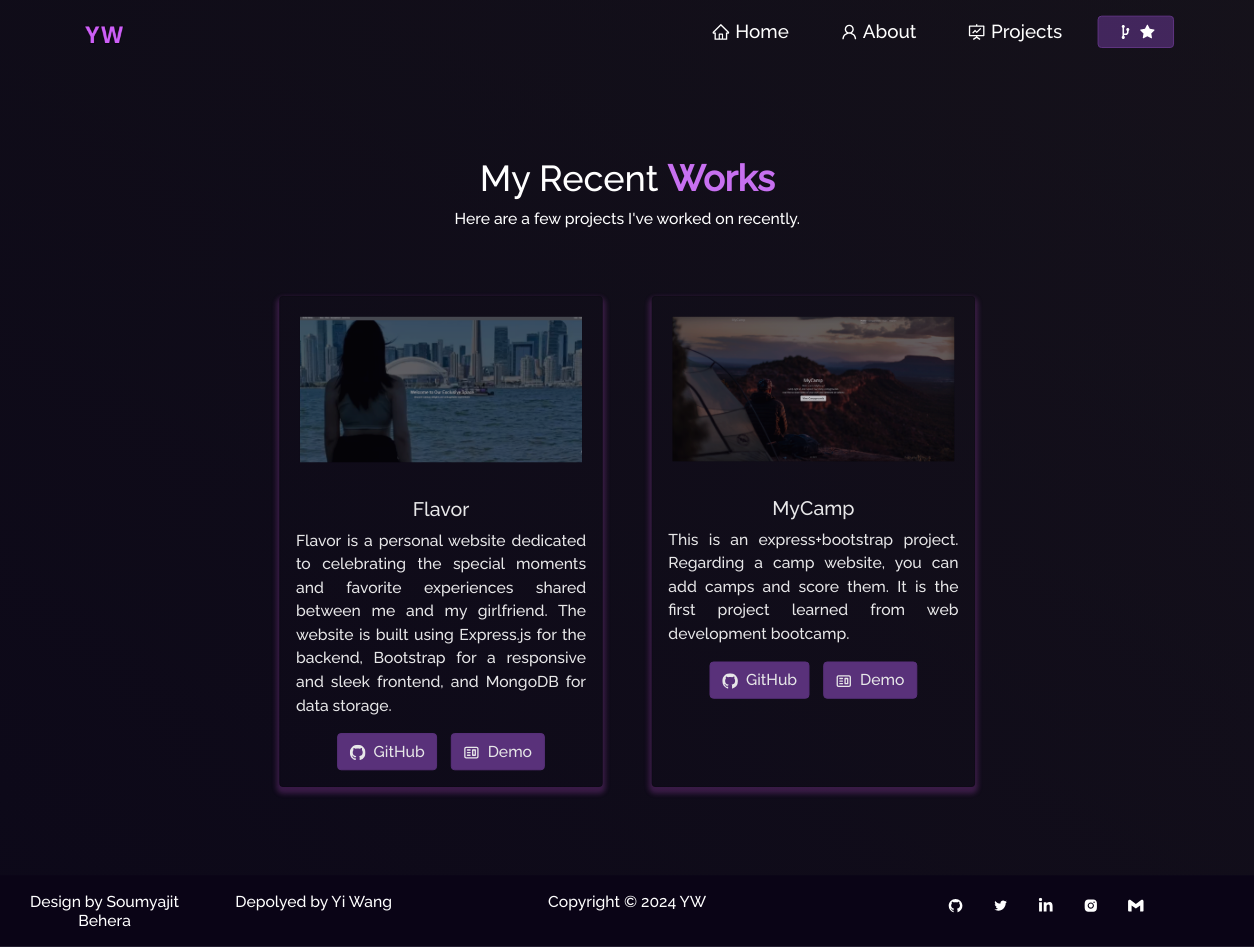
Repository: YiWang24/Portfolio
Page: /project
An editor plug-in stored every save of this project. The page is shown before and after a run of saves, followed by the edit.
The browser window is 1280 px wide. The pictures show the whole page, at 98% of full size.
The project was rebuilt for these pictures with package versions that can differ from the ones it lists, and the page was loaded fresh each time. Also part of the build but not shown: src/components/Home/Home2.js, src/components/Home/Type.js, src/components/Home/Home.js, src/components/About/Github.js, src/components/About/Techstack.js, src/components/About/AboutCard.js, src/components/About/Toolstack.js, src/components/About/About.js and 1 more. Imported but missing from the stored project, and not drawn on this page: src/Assets/Soumyajit_Behera-BIT_MESRA.pdf.

Above is the page before, as saved 2024-09-19 22:25:17.

### public/index.html
<!DOCTYPE html>
<html lang="en">

<head>
  <meta charset="utf-8" />
  <link rel="icon" href="%PUBLIC_URL%/favicon.png" />
  <meta name="viewport" content="width=device-width, initial-scale=1" />
  <meta name="theme-color" content="#000000" />
  <meta name="description" content="Web site created using create-react-app" />
  <link rel="manifest" href="%PUBLIC_URL%/manifest.json" />
  <title>Yi Wang | Portfolio</title>
  <meta name="description" content="Self Developed personal website build with React.js">

  <!-- Google / Search Engine Tags -->
  <meta itemprop="name" content="Yi Wang | Portfolio">
  <meta itemprop="description" content="Self Developed personal website build with React.js">
  <meta itemprop="image"
    content="https://raw.githubusercontent.com/soumyajit4419/Portfolio/master/Images/readme-img.png?token=AK7VCIF5RYEUZZAURELPTAC76U6AK">

  <!-- Facebook Meta Tags -->
  <meta property="og:url" content="https://soumyajit.vercel.app">
  <meta property="og:type" content="website">
  <meta property="og:title" content="Yi Wang | Portfolio">
  <meta property="og:description" content="Self Developed personal website build with React.js">
  <meta property="og:image"
    content="https://raw.githubusercontent.com/soumyajit4419/Portfolio/master/Images/readme-img.png?token=AK7VCIF5RYEUZZAURELPTAC76U6AK">

  <!-- Twitter Meta Tags -->
  <meta name="twitter:card" content="summary_large_image">
  <meta name="twitter:title" content="Yi Wang | Portfolio">
  <meta name="twitter:description" content="Self Developed personal website build with React.js">
  <meta name="twitter:image"
    content="https://raw.githubusercontent.com/soumyajit4419/Portfolio/master/Images/readme-img.png?token=AK7VCIF5RYEUZZAURELPTAC76U6AK">
</head>

<body>
  <noscript>You need to enable JavaScript to run this app.</noscript>
  <div id="root"></div>
</body>

</html>

### src/components/Projects/Projects.js
import React from "react";
import { Container, Row, Col } from "react-bootstrap";
import ProjectCard from "./ProjectCards";
import Particle from "../Particle";
import flavor from "../../Assets/Projects/flavor.png";
import camp from "../../Assets/Projects/camp.png";

function Projects() {
  return (
    <Container fluid className="project-section " style={{minHeight: "100vh"}}>
      <Particle />
      <Container>
        <h1 className="project-heading">
          My Recent <strong className="purple">Works </strong>
        </h1>
        <p style={{ color: "white" }}>
          Here are a few projects I've worked on recently.
        </p>
        <Row style={{ justifyContent: "center", paddingBottom: "10px" }}>
          <Col md={4} className="project-card">
            <ProjectCard
              imgPath={flavor}
              isBlog={false}
              title="Flavor"
              description="Flavor is a personal website dedicated to celebrating the special moments and favorite experiences shared between me and my girlfriend. The website is built using Express.js for the backend, Bootstrap for a responsive and sleek frontend, and MongoDB for data storage. "
              ghLink="https://github.com/YiWang24/Flavor"
              demoLink="https://app1.yiwang.run/"
            />
          </Col>
          <Col md={4} className="project-card">
            <ProjectCard
              imgPath={camp}
              isBlog={false}
              title="MyCamp"
              description="This is an express+bootstrap project. Regarding a camp website, you can add camps and score them. It is the first project learned from web development bootcamp."
              ghLink="https://github.com/YiWang24/WyCamp"
              demoLink="https://app2.yiwang.run/"
            />
          </Col>
        </Row>

      </Container>
    </Container>
  );
}

export default Projects;

### src/style.css
html {
  --section-background-color: linear-gradient(
    to bottom left,
    rgba(17, 16, 16, 0.582),
    rgba(12, 8, 24, 0.904)
  );

  --image-gradient: linear-gradient(
    to bottom left,
    rgba(17, 16, 16, 0.678),
    rgba(12, 10, 22, 0.863)
  );

  --imp-text-color: #c770f0;
}

.purple {
  color: var(--imp-text-color) !important;
}

button:focus {
  box-shadow: none !important;
}

/* --------- */
/*  Preloader */
/* --------- */
#preloader {
  position: fixed;
  top: 0;
  left: 0;
  width: 100%;
  height: 100%;
  z-index: 999999;
  background-color: #0c0513;
  background-image: url(./Assets/pre.svg);
  background-repeat: no-repeat;
  background-position: center;
}

#preloader-none {
  opacity: 0;
}

#no-scroll {
  overflow: hidden;
  height: 100vh;
}

/* --------- */
/*Scrollbar   */
/* --------- */

::-webkit-scrollbar {
  width: 7px;
}

/* Track */
::-webkit-scrollbar-track {
  background: #2d1950;
}

/* Handle */
::-webkit-scrollbar-thumb {
  background: rgba(178, 121, 216, 0.959);
  border-radius: 12px;
}

/* Handle on hover */
::-webkit-scrollbar-thumb:hover {
  background: rgba(222, 130, 235, 0.911);
  border-radius: 12px;
}

/* --------- */
/* Navbar Section  */
/* --------- */
.sticky {
  background-color: #1b1a2ea9 !important;
  transition: all 0.3s ease-out 0s !important;
  box-shadow: 0px 10px 10px 0px rgba(9, 5, 29, 0.171) !important;
  backdrop-filter: blur(15px) !important;
}

.navbar {
  position: fixed !important;
  transition: all 0.3s ease-out 0s !important;
  padding: 0.3rem 2rem !important;
  font-size: 1.2rem !important;
}

.navbar-toggler {
  position: relative !important;
  background-color: transparent !important;
  border-color: transparent !important;
}

.navbar-toggler span {
  display: block !important;
  background-color: #be50f4 !important;
  height: 4px !important;
  width: 27px !important;
  margin-top: 5px !important;
  margin-bottom: 5px !important;
  transform: rotate(0deg) !important;
  left: 0 !important;
  opacity: 1 !important;
}

.navbar-toggler:focus,
.navbar-toggler:active {
  outline: 0 !important;
}

.navbar-toggler span:nth-child(1),
.navbar-toggler span:nth-child(3) {
  transition: transform 0.35s ease-in-out !important;
  transition: transform 0.35s ease-in-out !important;
}

.navbar-toggler:not(.collapsed) span:nth-child(1) {
  position: absolute !important;
  left: 12px !important;
  top: 10px !important;
  transform: rotate(135deg) !important;
  opacity: 0.9 !important;
}

.navbar-toggler:not(.collapsed) span:nth-child(2) {
  height: 12px !important;
  visibility: hidden !important;
  background-color: transparent !important;
}

.navbar-toggler:not(.collapsed) span:nth-child(3) {
  position: absolute !important;
  left: 12px !important;
  top: 10px !important;
  transform: rotate(-135deg) !important;
  opacity: 0.9 !important;
}

@media (max-width: 767px) {
  .navbar {
    padding: 1rem 2rem !important;
    font-size: 1.4rem !important;
    background-color: #181a27 !important;
  }
  .navbar-nav .nav-item a::after {
    display: none !important;
  }
}
.navbar-brand {
  color: rgb(250, 250, 250) !important;
}

.logo {
  height: 1.4em !important;
  width: 2.5em !important;
}

.navbar-nav .nav-link {
  color: white !important;
  padding-right: 1rem !important;
  padding-left: 1rem !important;
}

.nav-link {
  padding: 0.8rem 1rem !important;
}

@media (max-width: 767px) {
  .nav-link {
    padding: 0.7rem 1rem !important;
  }
}

.navbar-nav .nav-item {
  position: relative;
  margin-left: 20px;
}

.navbar-nav .nav-item a {
  font-weight: 400;
  transition: all 0.3s ease-out 0s;
  position: relative;
  z-index: 1;
}

.navbar-nav .nav-item a::after {
  content: "";
  position: relative;
  display: block;
  height: 5px;
  width: 0;
  border-radius: 16px;
  background: #c95bf5;
  bottom: 1px;
  left: 0;
  z-index: -1;
  transition: all 0.3s ease-out 0s;
}

.navbar-nav .nav-item a:hover::after {
  width: 100%;
}

/* --------- */
/* Home section */
/* --------- */
.wave {
  animation-name: wave-animation; /* Refers to the name of your @keyframes element below */
  animation-duration: 2.1s; /* Change to speed up or slow down */
  animation-iteration-count: infinite; /* Never stop waving :) */
  transform-origin: 70% 70%; /* Pivot around the bottom-left palm */
  display: inline-block;
}

@keyframes wave-animation {
  0% {
    transform: rotate(0deg);
  }
  10% {
    transform: rotate(14deg);
  } /* The following five values can be played with to make the waving more or less extreme */
  20% {
    transform: rotate(-8deg);
  }
  30% {
    transform: rotate(14deg);
  }
  40% {
    transform: rotate(-4deg);
  }
  50% {
    transform: rotate(10deg);
  }
  60% {
    transform: rotate(0deg);
  } /* Reset for the last half to pause */
  100% {
    transform: rotate(0deg);
  }
}
#tsparticles {
  position: fixed !important;
  background-repeat: no-repeat !important;
  background-size: cover !important;
  width: 100%;
  height: 100%;
}

.home-header {
  padding-top: 80px !important;
}

.home-section {
  position: relative;
  z-index: -1;
  background-image: var(--image-gradient), url(./Assets/home-bg.jpg);
  background-position: top center;
  background-repeat: no-repeat;
  padding-bottom: 30px !important;
  padding-top: 30px !important;
}

.home-content {
  padding: 9rem 0 2rem !important;
  color: whitesmoke;
  text-align: left;
}

.heading {
  font-size: 2.4em !important;
  padding-left: 50px !important;
}

.heading-name {
  font-size: 2.5em !important;
  padding-left: 45px !important;
}

.main-name {
  color: #cd5ff8;
}

.Typewriter__wrapper {
  font-size: 2.2em !important;
  color: #be6adf !important;
  font-weight: 600 !important;
}
.Typewriter__cursor {
  font-size: 2.4em !important;
  color: #b562d6 !important;
}

@media (max-width: 767px) {
  .Typewriter__wrapper {
    font-size: 1.4em !important;
    font-weight: 500 !important;
    position: absolute !important;
  }
  .Typewriter__cursor {
    display: none !important;
  }
}

.myAvtar {
  justify-content: center !important;
  padding-top: 9em !important;
}

@media (max-width: 767px) {
  .myAvtar {
    padding-top: 2em !important;
    padding-bottom: 2em !important;
  }
}

.home-about-section {
  position: relative;
  padding-bottom: 70px !important;
  padding-top: 70px !important;
}

.home-about-description {
  color: white !important;
  padding-top: 100px !important;
  padding-bottom: 20px !important;
  text-align: center;
}

.home-about-body {
  padding-top: 50px;
  font-size: 1.2em !important;
  text-align: left;
}

.home-about-social {
  text-align: center !important;
  padding-top: 25px;
  color: white !important;
}

.home-about-social-links {
  justify-content: center !important;
  padding-top: 15px !important;
  display: inline-block !important;
  position: relative !important;
  padding-inline-start: 0 !important;
}

.home-social-icons {
  position: relative !important;
  display: inline-block !important;
  width: 40px !important;
  height: 40px !important;
  text-align: center !important;
  font-size: 1.2em !important;
  line-height: 2em !important;
  background: rgba(255, 255, 255, 0.972) !important;
  border-radius: 50% !important;
  transition: 0.5s !important;
}

.home-social-icons::before {
  content: "";
  position: absolute;
  top: 0;
  left: 0;
  width: 100%;
  height: 100%;
  border-radius: 50%;
  background: #68187a;
  transition: 0.5s;
  transform: scale(0.9);
  z-index: -1;
}

.home-social-icons:hover::before {
  transform: scale(1.1);
  box-shadow: 0 0 15px #801f95;
}

.home-social-icons:hover {
  color: #87209e;
  box-shadow: 0 0 5px #87209e;
  text-shadow: 0 0 2px #87209e;
}

.social-icons {
  display: inline-block !important;
  padding-right: 15px;
  padding-left: 15px;
}

.icon-colour {
  color: #700c86 !important;
}

/* --------- */
/* Footer */
/* --------- */
.footer {
  background-color: rgb(10, 4, 22);
  bottom: 0 !important;
  padding-top: 10px !important;
  padding-bottom: 8px !important ;
  margin-top: auto;
  text-align: center;
  width: 100%;
}
.footer-copywright {
  text-align: center !important;
}

.footer-body {
  z-index: 1;
  text-align: center !important;
}

@media (max-width: 767px) {
  .footer-copywright {
    text-align: center !important;
  }

  .footer-body {
    text-align: center !important;
  }
}

.footer h3 {
  font-size: 1em;
  color: white !important;
  margin-top: 0.5em !important;
  margin-bottom: 0.5em !important;
}
.footer-icons {
  margin-top: 0.5em !important;
  margin-bottom: 0.5em !important;
  padding: 0 !important;
}

.blockquote-footer {
  color: #a588c0 !important;
}
/* --------- */
/* Projects */
/* --------- */
.project-section {
  position: relative !important;
  padding-top: 150px !important;
  padding-bottom: 30px !important;
  background-image: var(--section-background-color) !important;
}

.project-card {
  padding-top: 50px !important;
  padding-bottom: 50px !important;
  padding-left: 25px !important;
  padding-right: 25px !important;
  height: auto !important;
}

.project-card-view {
  box-shadow: 0 4px 5px 3px rgba(119, 53, 136, 0.459) !important;
  color: white !important;
  background-color: transparent !important;
  opacity: 0.9 !important;
  transition: all 0.5s ease 0s !important;
  height: 100% !important;
}
.project-card-view:hover {
  transform: scale(1.02) !important;
  overflow: hidden !important;
  box-shadow: 0 4px 4px 5px rgba(129, 72, 144, 0.561) !important;
}

.blog-card {
  padding-top: 50px !important;
  padding-bottom: 50px !important;
  padding-left: 25px !important;
  padding-right: 25px !important;
  height: auto !important;
}

.blog-card-view {
  background-color: transparent !important;
  box-shadow: 0 3px 3px 2px rgba(145, 77, 161, 0.459) !important;
  color: white !important;
  transition: all 0.5s ease 0s !important;
  height: 100% !important;
}

.blog-link {
  color: white !important;
  text-decoration: none !important;
}

.blog-link:hover {
  cursor: pointer !important;
}

.blog-card-view:hover {
  transform: scale(1.02) !important;
  overflow: hidden !important;
  box-shadow: 0 3px 3px 5px rgba(155, 88, 173, 0.65) !important;
}

.card-img-top {
  padding: 20px !important;
  opacity: 0.8 !important;
  border-radius: 10px !important;
}

.blog-img {
  padding: 0px !important;
  opacity: 0.8 !important;
  border-radius: 0px !important;
}

.btn-primary {
  color: #fff !important;
  background-color: #623686 !important;
  border-color: #623686 !important;
}

.btn-primary:hover {
  color: #fff !important;
  background-color: #6d20c5d7 !important;
  border-color: #6d20c5d7 !important;
}
.btn:focus {
  outline: none !important;
  box-shadow: none !important;
}
.project-heading {
  color: white !important;
  font-size: 2.3em !important;
  font-weight: 500 !important;
  padding-top: 10px !important;
}

/* --------- */
/* About */
/* --------- */

.about-section {
  position: relative !important;
  padding-top: 150px !important;
  padding-bottom: 30px !important;
  background-image: var(--section-background-color) !important;
  color: white !important;
}

.tech-icons {
  font-size: 4.5em !important;
  margin: 15px !important;
  padding: 10px !important;
  opacity: 0.93 !important;
  border: 1.7px solid rgba(200, 137, 230, 0.637) !important;
  vertical-align: middle !important;
  text-align: center !important;
  border-radius: 5px !important;
  display: table !important;
  box-shadow: 4px 5px 4px 3px rgba(89, 4, 168, 0.137) !important;
  overflow: hidden !important;
  transition: all 0.4s ease 0s !important;
}

@media (max-width: 767px) {
  .tech-icons {
    margin: 10px !important;
  }
}

.tech-icons:hover {
  transform: scale(1.05) !important;
  overflow: hidden !important;
  border: 2.2px solid rgba(197, 115, 230, 0.883) !important;
}
.tech-icon-images {
  padding: 20px !important;
  line-height: 1.6 !important;
}

.quote-card-view {
  border: none !important;
  color: white !important;
  background-color: transparent !important;
}

.about-activity {
  list-style: none !important;
  text-align: left !important;
  padding-left: 1px !important;
}

@media (max-width: 767px) {
  .about-img {
    padding-top: 0 !important;
  }
}
/* --------- */
/* Resume */
/* --------- */

.resume-section {
  position: relative !important;
  padding-top: 110px !important;
  padding-bottom: 30px !important;
  background-image: var(--section-background-color) !important;
  color: white !important;
}

.resume {
  padding-top: 50px;
  padding-bottom: 50px;
  justify-content: center;
}

.resume-left {
  padding-right: 80px !important;
}

.resume-right {
  padding-left: 80px !important;
}

@media (max-width: 767px) {
  .resume-left {
    padding-right: 15px !important;
    padding-left: 15px !important;
  }

  .resume-right {
    padding-right: 15px !important;
    padding-left: 15px !important;
  }
}
.resume .resume-title {
  font-size: 2em;
  font-weight: 700;
  padding-top: 30px;
  padding-bottom: 30px;
}

.resume .resume-item {
  padding: 0 0 10px 25px;
  margin-top: -2px;
  border-left: 2px solid #8a49a8;
  position: relative;
}

.resume .resume-item .resume-title {
  line-height: 18px;
  font-size: 0.9em;
  background: #5234795d;
  padding: 8px 15px;
  display: inline-block;
  font-weight: 600;
  margin-bottom: 10px;
}

.resume .resume-item ul {
  padding-left: 20px;
  text-align: justify;
}

.resume .resume-item ul li {
  padding-bottom: 10px;
  list-style: none;
}

.resume .resume-item:last-child {
  padding-bottom: 0;
}

.resume .resume-item::before {
  content: "";
  position: absolute;
  width: 16px;
  height: 16px;
  border-radius: 50px;
  left: -9px;
  top: 0;
  background: #fff;
  border: 2px solid #8a49a8;
}

.like-item {
  padding-top: 10px !important;
  font-size: 1.1em !important;
  font-family: sans-serif !important;
}

.like-btn {
  background-color: #934cce5e !important;
  border-color: #934cce5e !important;
  padding: 0.25rem 0.98rem !important;
  border-radius: 5px !important;
  line-height: 1.4 !important;
  transition: 0.3s ease !important;
}

.like-btn:hover {
  transform: translateY(-2px) !important;
  background-color: #a24dd386 !important;
  border-color: #a24dd386 !important;
}

.animate-like {
  animation-name: likeAnimation;
  animation-fill-mode: forwards;
  animation-duration: 0.85s;
}
@keyframes likeAnimation {
  0% {
    transform: scale(1.5);
  }
  100% {
    transform: scale(1);
  }
}

.fork-btn {
  font-size: 1.1em !important;
  padding-top: 10px !important;
}

.fork-btn-inner {
  line-height: 1.4em !important;
  background-color: #934cce5e !important;
  padding: 0.25rem 1.1rem !important;
  vertical-align: middle !important;
  text-align: center !important;
}

.fork-btn-inner:hover {
  transform: translateY(-2px) !important;
  background-color: #a24dd386 !important;
  border-color: #a24dd386 !important;
}
.fork-btn-inner::after {
  display: none !important;
}

### src/components/Particle.js
import React from "react";
import Particles from "react-tsparticles";

function Particle() {
  return (
    <Particles
      id="tsparticles"
      params={{
        particles: {
          number: {
            value: 160,
            density: {
              enable: true,
              value_area: 1500,
            },
          },
          line_linked: {
            enable: false,
            opacity: 0.03,
          },
          move: {
            direction: "right",
            speed: 0.05,
          },
          size: {
            value: 1,
          },
          opacity: {
            anim: {
              enable: true,
              speed: 1,
              opacity_min: 0.05,
            },
          },
        },
        interactivity: {
          events: {
            onclick: {
              enable: true,
              mode: "push",
            },
          },
          modes: {
            push: {
              particles_nb: 1,
            },
          },
        },
        retina_detect: true,
      }}
    />
  );
}

export default Particle;

### src/components/Projects/ProjectCards.js
import React from "react";
import Card from "react-bootstrap/Card";
import Button from "react-bootstrap/Button";
import { CgWebsite } from "react-icons/cg";
import { BsGithub } from "react-icons/bs";

function ProjectCards(props) {
  return (
    <Card className="project-card-view">
      <Card.Img variant="top" src={props.imgPath} alt="card-img" />
      <Card.Body>
        <Card.Title>{props.title}</Card.Title>
        <Card.Text style={{ textAlign: "justify" }}>
          {props.description}
        </Card.Text>
        <Button variant="primary" href={props.ghLink} target="_blank">
          <BsGithub /> &nbsp;
          {props.isBlog ? "Blog" : "GitHub"}
        </Button>
        {"\n"}
        {"\n"}

        {/* If the component contains Demo link and if it's not a Blog then, it will render the below component  */}

        {!props.isBlog && props.demoLink && (
          <Button
            variant="primary"
            href={props.demoLink}
            target="_blank"
            style={{ marginLeft: "10px" }}
          >
            <CgWebsite /> &nbsp;
            {"Demo"}
          </Button>
        )}
      </Card.Body>
    </Card>
  );
}
export default ProjectCards;

Loaded but not shown: src/index.js (common file); src/index.css (common file); src/App.js (common file); src/reportWebVitals.js (common file); src/components/Pre.js (common file); src/components/ScrollToTop.js (common file); src/App.css (common file); src/components/Navbar.js (122 lines, source omitted); src/components/Footer.js (94 lines, source omitted)

After the next 2 saves:
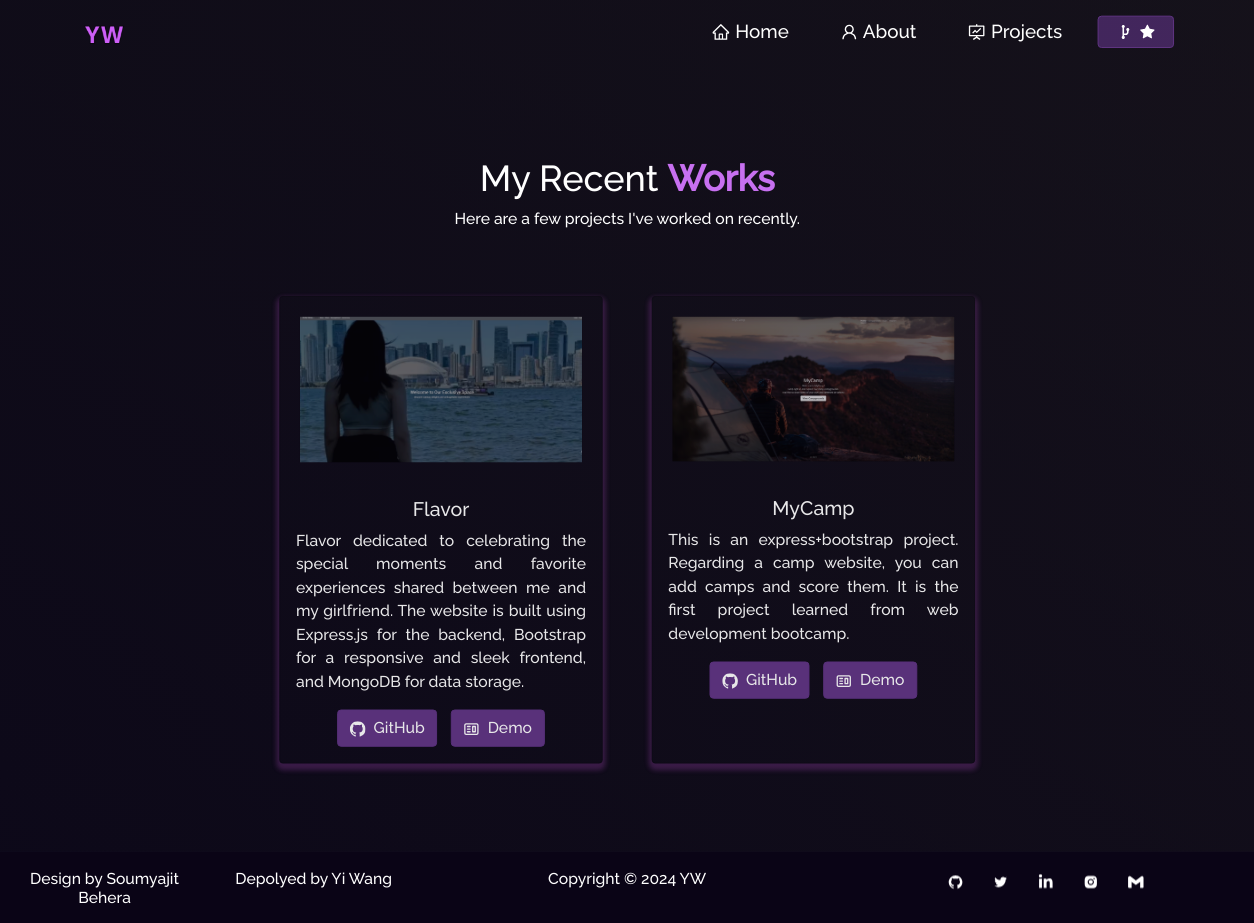
The 2 saves are shown as one change because they came seconds apart.
The last was saved 22 s later.
--- a/src/components/Projects/Projects.js
+++ b/src/components/Projects/Projects.js
@@ -22,7 +22,7 @@ function Projects() {
               imgPath={flavor}
               isBlog={false}
               title="Flavor"
-              description="Flavor is a personal website dedicated to celebrating the special moments and favorite experiences shared between me and my girlfriend. The website is built using Express.js for the backend, Bootstrap for a responsive and sleek frontend, and MongoDB for data storage. "
+              description="Flavor dedicated to celebrating the special moments and favorite experiences shared between me and my girlfriend. The website is built using Express.js for the backend, Bootstrap for a responsive and sleek frontend, and MongoDB for data storage. "
               ghLink="https://github.com/YiWang24/Flavor"
               demoLink="https://app1.yiwang.run/"
             />
